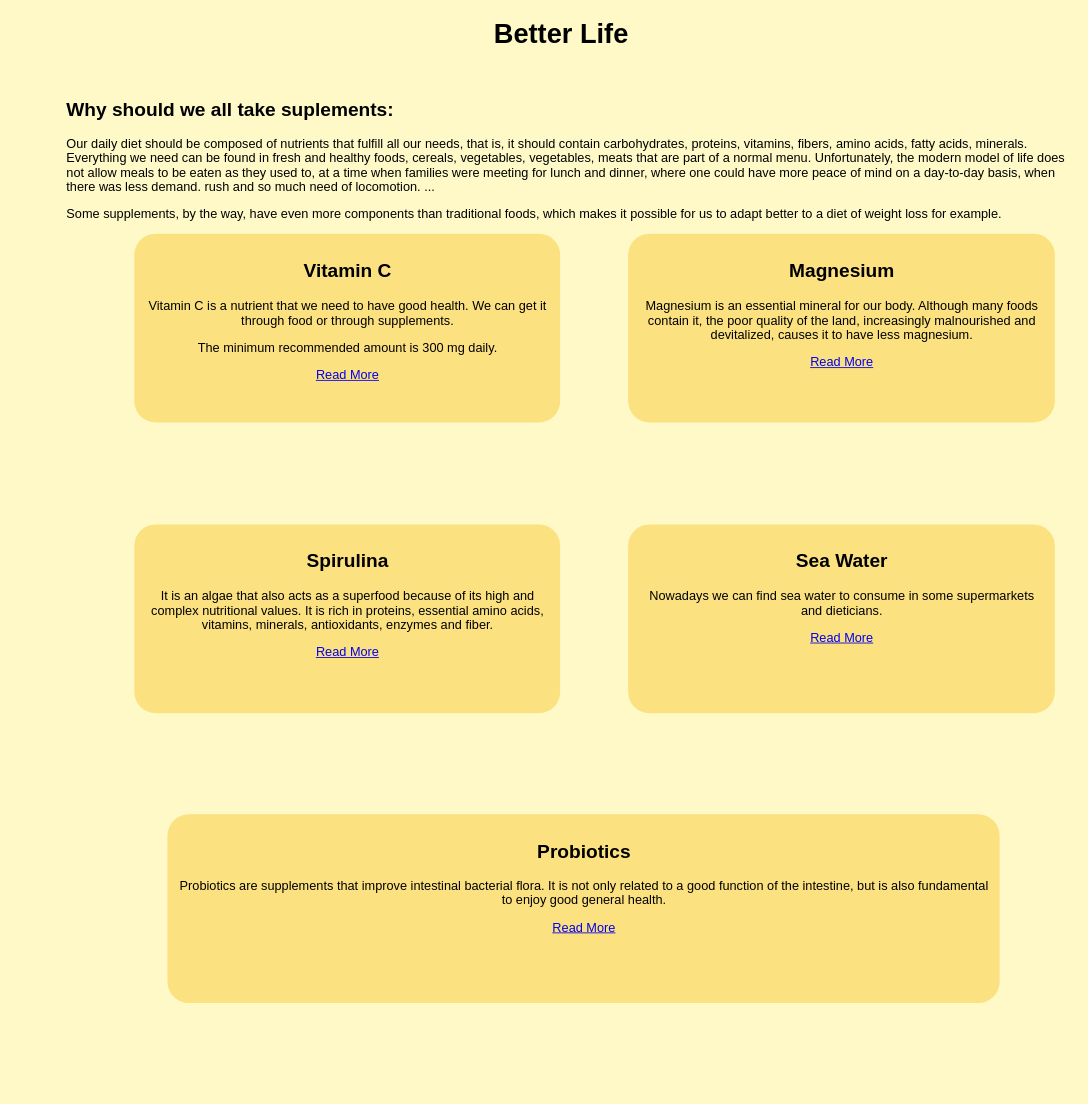
Repository: DSerenoG/Assessment2
Page: index.html
The author's editor kept a record of every edit. The page is drawn from the files as they stood at one moment, then again after the next edit.
The browser window is 1280 px wide. The pictures show the whole page, at 85% of full size.

Above is the page before.

### index.html
<!DOCTYPE html>
<html lang="en">
<head>
    <meta charset="UTF-8">
    <meta name="viewport" content="width=device-width, initial-scale=1.0">
    <meta http-equiv="X-UA-Compatible" content="ie=edge">
    <link rel="stylesheet" href="css/main.css" type="text/css" />
    <title>Document</title>
</head>
<body>


    <div id = "head">
        <ul>
             <h1>Better Life</h1>
        </ul>
    </div>

    <div id ="main_section">

        <reason style="width:40%">
            <h2>Why should we all take suplements: </h2>
            <p>Our daily diet should be composed of nutrients that fulfill all our needs, that is, it should contain carbohydrates, proteins, vitamins, fibers, amino acids, fatty acids, minerals. Everything we need can be found in fresh and healthy foods, cereals, vegetables, vegetables, meats that are part of a normal menu.
            Unfortunately, the modern model of life does not allow meals to be eaten as they used to, at a time when families were meeting for lunch and dinner, where one could have more peace of mind on a day-to-day basis, when there was less demand. rush and so much need of locomotion. <span id="dots">...</span><span id="more">
            That's where the supplements come in. Supplements are nothing more than complements of the nutrients we need, but produced chemically, so that we have in our bodies what normal food could provide us.
            <p>Some supplements, by the way, have even more components than traditional foods, which makes it possible for us to adapt better to a diet of weight loss for example.
             </p>

        </reason>

        <suplement1  id="boxes">
            <h2>Vitamin C</h2>
            <p>Vitamin C is a nutrient that we need to have good health. We can get it through food or through supplements.</p>
            <p>The minimum recommended amount is 300 mg daily.</p>
            <a href="suplement_1.html">Read More</a>
        </suplement1>

        <suplement2  id="boxes">
            <h2>Magnesium</h2>
            <p>Magnesium is an essential mineral for our body. Although many foods contain it, the poor quality of the land, increasingly malnourished and devitalized, causes it to have less magnesium.</p>
            <a href="suplement_2.html">Read More</a>

        </suplement2>

        <suplement3  id="boxes">
            <h2>Spirulina</h2>
            <p>It is an algae that also acts as a superfood because of its high and complex nutritional values. It is rich in proteins, essential amino acids, vitamins, minerals, antioxidants, enzymes and fiber.</p>
             <a href="suplement_3.html">Read More</a>
        </suplement3>

        <suplement4 id="boxes">
            <h2>Sea Water</h2>
            <p>Nowadays we can find sea water to consume in some supermarkets and dieticians. </p>
            <a href="suplement_4.html">Read More</a>
        </suplement4>

        <suplement5 style="width:80%" >
            <h2>Probiotics</h2>
            <p>Probiotics are supplements that improve intestinal bacterial flora. It is not only related to a good function of the intestine, but is also fundamental to enjoy good general health.</p>
            <a href="suplement_5.html">Read More</a>
        </suplement5>

        <script type="text/javascript">

        </script>

    </div>
</body>
</html>

### css/main.css
#head{
    text-align: center;
    margin-bottom: 1%;
    font-family: arial;
}

body{
    background-color:#FEF9C7;
}

#main_section{
    font-size: 15px;
    font-family: arial;
    margin-left: 70px;
}

reason{
    margin-bottom: 3%;
    padding: 1%;
}


suplement5{
    margin: auto;
    padding:1%;
    text-align: center;
    font-size: 15px;
    float: left;
    margin-left: 10%;
    margin-right: -50%;
    margin-bottom: 10%;
    background-color:#FCE181;
    height: 25ex;
    font-family: arial;
     border-radius:25px;
}

#boxes{
    width: 40%;
    background-color:#FCE181;
    padding: 1%;
    text-align:center;
    font-size: 15px;
    float: left;
    margin-left: 80px;
    margin-bottom: 10%;
    height: 25ex;
    font-family: arial;
    border-radius:25px;

}

#b1{
    width: 40%;
    background-color:#FCE181;
    padding: 1%;
    text-align:center;
    font-size: 15px;
    float: left;

    margin-top: 1.5%;
    margin-left: 80px;
    margin-bottom: 10%;
    height: 25ex;
    font-family: arial;
    border-radius:25px;

}

#d1{
   width:90%;
    background-color:#FCE181;
    padding: 1%;
    text-align:center;
    font-size: 15px;
    float: left;
    margin-left: 3%;
    margin-bottom: 10%;
    height: auto;
    font-family: arial;
    border-radius:25px;
}

#text{
    width: 500px;
    margin:0px;
    display: inline-block;
    float:left;
}

#image{
    float:right;
    margin-right: 270px;
    margin-top: 80px;

}

#more {display: none;}


#p{
    padding-top: 300px;
    float: left;
    margin-left: 5%;
}

After the next edit:
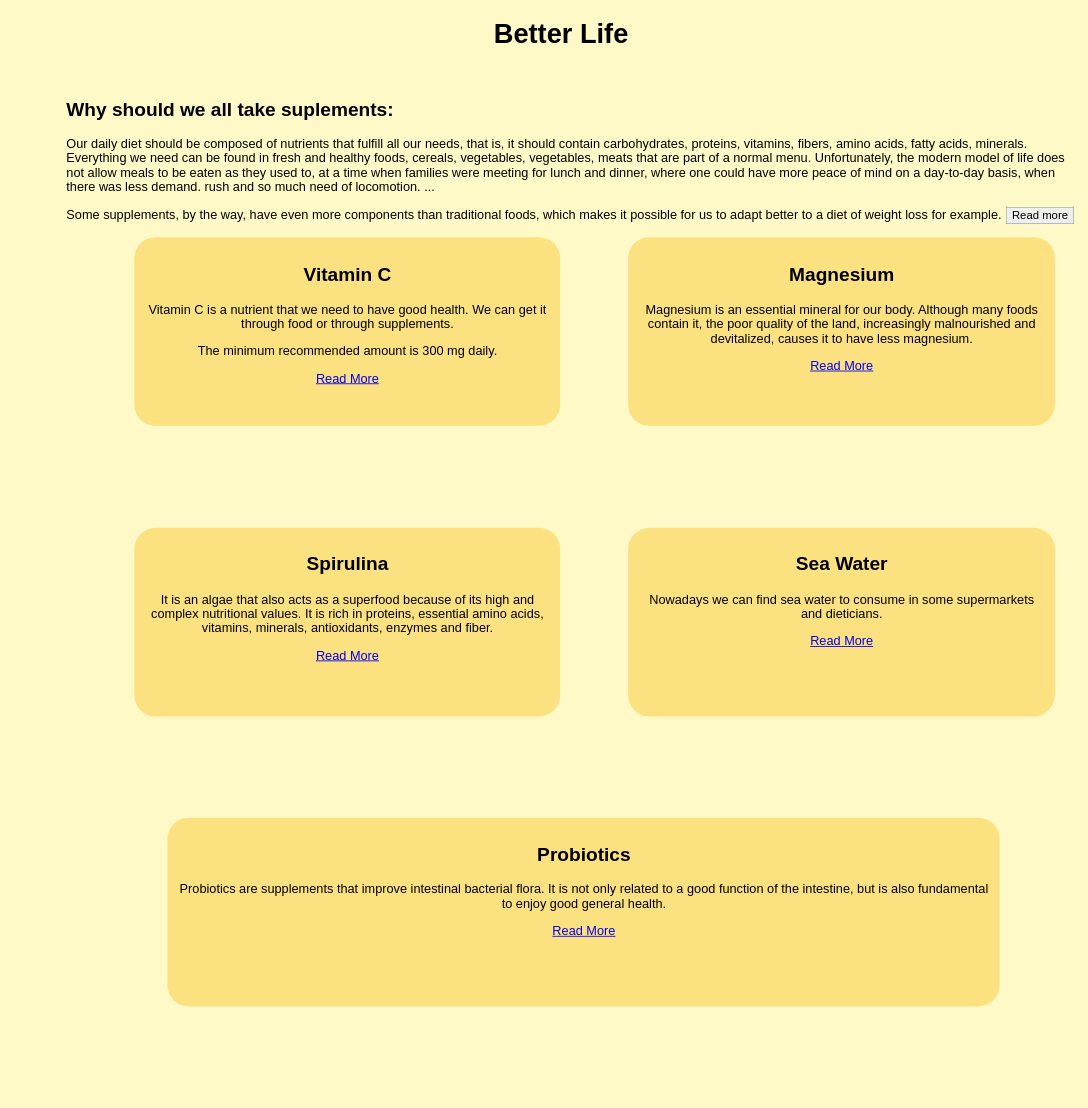
The edit:
--- a/index.html
+++ b/index.html
@@ -24,7 +24,8 @@
             Unfortunately, the modern model of life does not allow meals to be eaten as they used to, at a time when families were meeting for lunch and dinner, where one could have more peace of mind on a day-to-day basis, when there was less demand. rush and so much need of locomotion. <span id="dots">...</span><span id="more">
             That's where the supplements come in. Supplements are nothing more than complements of the nutrients we need, but produced chemically, so that we have in our bodies what normal food could provide us.
             <p>Some supplements, by the way, have even more components than traditional foods, which makes it possible for us to adapt better to a diet of weight loss for example.
-             </p>
+            <button onclick="myFunction()" id="myBtn">Read more</button>
+             </span></p>
 
         </reason>
 
